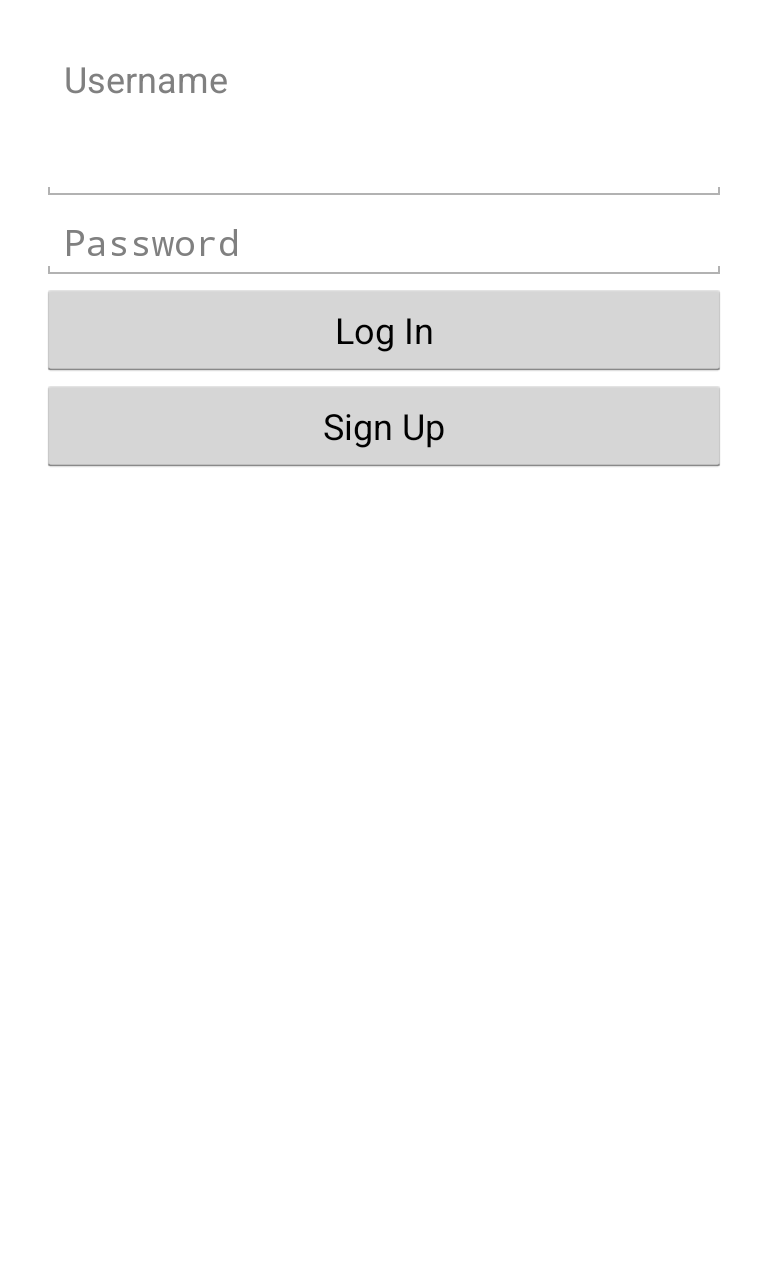
Repository: efreestone/CPM_Freestone
Layout: Project1Android/res/layout/activity_login.xml
These files come from the project's save history. The layout is drawn as it stood at one moment and after the next save; the edit follows.
It is drawn on a 768 x 1280 px phone screen (xhdpi) without system bars, with theme AppTheme; the app's code is not run.

Above is the layout before, as saved 2014-10-02 01:01:45.

After the next save:
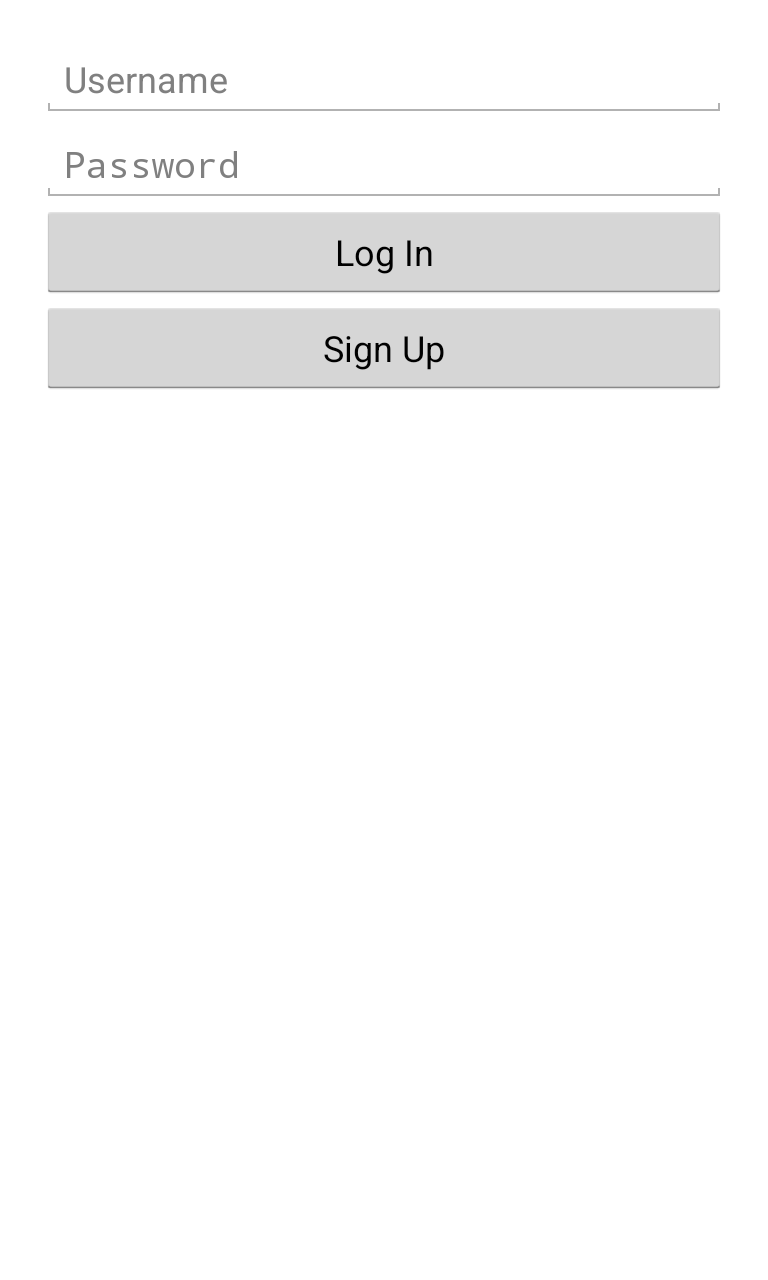
Saved 37 s later.
--- a/Project1Android/res/layout/activity_login.xml
+++ b/Project1Android/res/layout/activity_login.xml
@@ -9,7 +9,6 @@
         android:layout_width="fill_parent"
         android:layout_height="wrap_content"
         android:hint="@string/usernameTitleText"
-        android:paddingBottom="50dp"
         android:inputType="text" />
 
     <EditText
@@ -17,6 +16,7 @@
         android:layout_width="fill_parent"
         android:layout_height="wrap_content"
         android:layout_below="@id/usernameEditText"
+        android:paddingTop="10dp"
         android:hint="@string/passwordTitleText"
         android:inputType="textPassword" />
 
